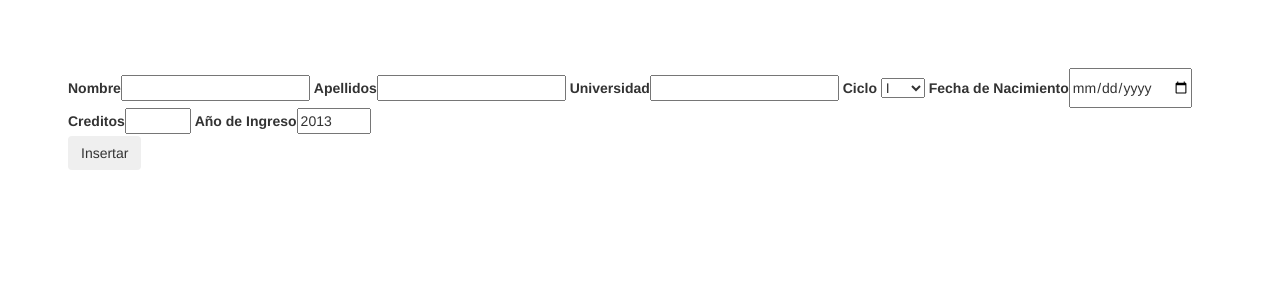
Repository: yoshitomimaehara/sdpa
Page: http://localhost/Sistema_de_Pruebas_Academicas/alumno_insertar.jsp
An editor plug-in stored every save of this project. The page is shown before and after the next save, followed by the edit.
The browser window is 1280 px wide. The pictures show the whole page.
The page is served by Tomcat 9. Other server files are loaded and not shown.

Above is the page before, as saved 2013-10-06 22:31:35.
Console error: TypeError: $(...).alert is not a function

### Web/Sistema de Pruebas Academicas/Sistema de Pruebas Academicas/WebContent/alumno_insertar.jsp
<%@ page language="java" contentType="text/html; charset=ISO-8859-1"
    pageEncoding="ISO-8859-1"%>
<%@ taglib prefix="c" uri="http://java.sun.com/jsp/jstl/core" %>
<!DOCTYPE html>
<html>
<head>
<title></title>
<link rel="stylesheet" type="text/css" href="css\styles.css"/>
<link rel="stylesheet" href="css\bootstrap.min.css">
<script src="js\jquery.js"></script>
<script src="js\scripts.js"></script>

</head>
<body>
	<form class="formulario_adptado">
		<label>Nombre</label><input type="text" />
		<label>Apellidos</label><input type="text"/>
		<label>Universidad</label><input type="text"/>
		<label>Ciclo</label>
		<c:set var="ciclos" value="I,II,III,IV,V,VI,VII,VIII,IX,X,XI"></c:set>
		<select>
		<c:forTokens items="${ciclos}" delims="," var="ciclo">
		<option><c:out value="${ciclo}"></c:out></option>
		</c:forTokens>
		</select>
		<label>Fecha de Nacimiento</label><input type="date"/>
		<label>Creditos</label><input type="number" min="1" max="5" step="0.5"/>
		<label>Año de Ingreso</label><input type="number" min="2000" max="2013" value="2013"/>
		<br/>
		<input type="button" value="Insertar" class="btn"/>
	</form>
</body>
</html>

### Web/Sistema de Pruebas Academicas/Sistema de Pruebas Academicas/WebContent/css/styles.css
/*
Nombre:styles.css
Descripcion:Hoja de Estilos
Autores:Yoshitomi Maehara/Liliana Gonzales
Email:
*/
/* universal */
*{
}

/*etiquetas*/
body{
	padding:40px;
}

/* identificadores */
#ingresar{
	background-color: #5162F6;
	color:white;
}

#ingresar:hover{
	background-color: white;
	color:black;

}

#link_contrasenia{
	text-decoration:none;
}

#link_contrasenia:hover{
	text-decoration:none;
}

#academico{
	padding:10px;
	clear: none;
}

#academico:hover{
	display:block;
	padding:10px;
}

/* clases */
.cabecera_index{
  padding:0.8em;
  text-align:center;
  margin: 1em;
}

.login_index{
   border:solid 1px;
   -webkit-border-radius: 8px;
   -moz-border-radius: 8px;
   border-radius: 8px;

}

.alerta{

}

.pie_index{
	height:3em;
	padding:0.5em;
}

.menu_panel{

}
.menu_lista{
	list-style-type:none;
}

.menu_lista li{
	display:inline-block;
	padding:10px;
}

.imagen{
	padding:1em;
	height:30em;
	width:30em;
}

.contenedor{
	border:1px solid #A4A4A4;
	height:30em;
	-webkit-border-radius: 8px;
   	-moz-border-radius: 8px;
   	border-radius: 8px;
   	background-color:#F2F2F2;
}

.contenido_dentro{
	background-color:#F2F2F2;
	border:1px solid #A4A4A4;
	height:30em;
	-webkit-border-radius: 8px;
   	-moz-border-radius: 8px;
   	border-radius: 8px;
}

.menu_dentro{
	background-color:#F2F2F2;
	border:1px solid #A4A4A4;
	height:10em;
	-webkit-border-radius: 8px;
   	-moz-border-radius: 8px;
   	border-radius: 8px;
}

.formulario_adptado{
	padding:2em;
}

### Web/Sistema de Pruebas Academicas/Sistema de Pruebas Academicas/WebContent/js/scripts.js
/**
 * Nombre:script.js
 * Descripcion: Funciones JavaScript/JQuery
 * Autores:Yoshitomi Maehara/Liliana Gonzales
 * Email:
 */



$(document).ready(function(){
	$().alert();
});

$(function(){
	$('.accesos').click(function(e){
		e.preventDefault();
		$('#main').load($(this).attr('href'));
	});
});

$(function(){
	$('.enlaces').click(function(e){
		e.preventDefault();
		$('#contenido').load($(this).attr('href'));
	});
});

Loaded but not shown: Web/Sistema de Pruebas Academicas/Sistema de Pruebas Academicas/WebContent/css/bootstrap.min.css (library); Web/Sistema de Pruebas Academicas/Sistema de Pruebas Academicas/WebContent/js/jquery.js (library)

After the next save:
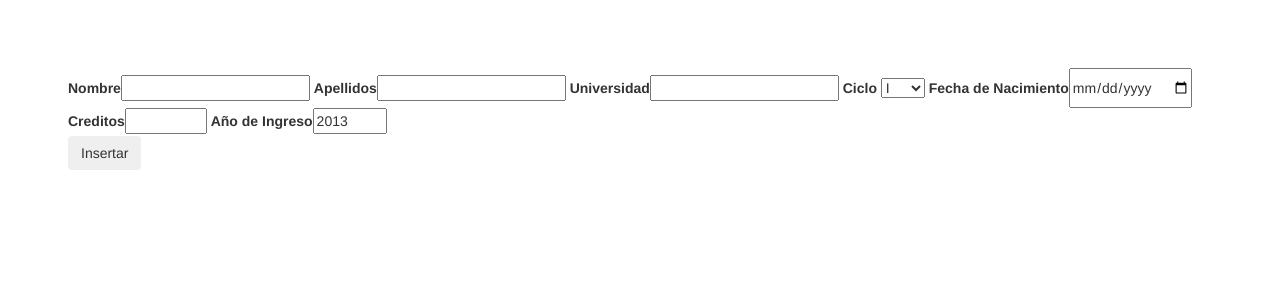
Saved 3 min 12 s later.
--- a/Web/Sistema de Pruebas Academicas/Sistema de Pruebas Academicas/WebContent/alumno_insertar.jsp
+++ b/Web/Sistema de Pruebas Academicas/Sistema de Pruebas Academicas/WebContent/alumno_insertar.jsp
@@ -24,7 +24,7 @@
 		</c:forTokens>
 		</select>
 		<label>Fecha de Nacimiento</label><input type="date"/>
-		<label>Creditos</label><input type="number" min="1" max="5" step="0.5"/>
+		<label>Creditos</label><input type="number" min="1" max="120" step="0.5"/>
 		<label>Año de Ingreso</label><input type="number" min="2000" max="2013" value="2013"/>
 		<br/>
 		<input type="button" value="Insertar" class="btn"/>
